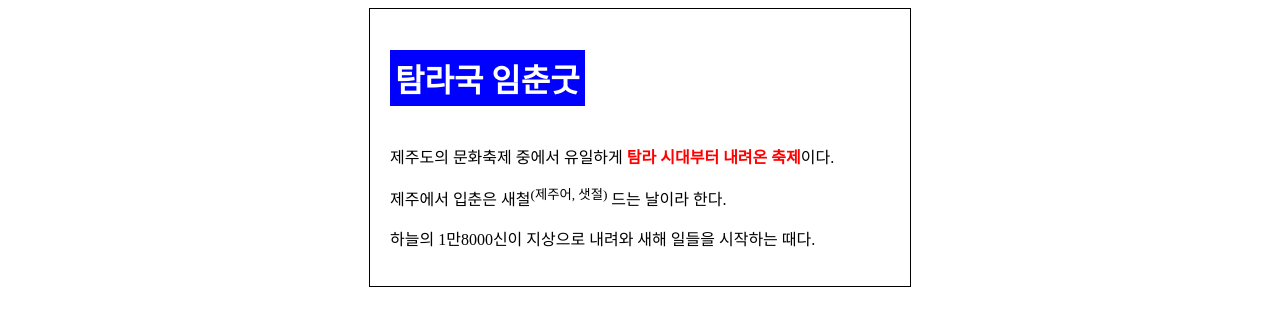
Repository: dudadab/Hhyundaiezwel_Academy
Page: CSS01/src/main/webapp/test2.html
These files come from the project's save history. The page is drawn as it stood at one moment and after the next save; the edit follows.
The browser window is 1280 px wide. The pictures show the whole page.

Above is the page before, as saved 2025-07-02 06:56:54.

### CSS01/src/main/webapp/test2.html
<!DOCTYPE html>
<html>
<head>
<meta charset="UTF-8">
<title>Insert title here</title>
	<style>
		#container{
			width:500px;
			margin:0 auto;
			border: solid 1px #000;
			padding: 20px;
		}
		h1{
			background-color:blue;
			color:white;
			display:inline-block;
			padding:5px;
		}

		span{
			color:red;
			font-weight:bold;
		}

	</style>
</head>
<body>
	<div id="container">
		<h1>탐라국 임춘굿</h1>
		<p>제주도의 문화축제 중에서 유일하게 <span>탐라 시대부터 내려온 축제</span>이다.</p>
		<p>제주에서 입춘은 새철<sup>(제주어, 샛절)</sup> 드는 날이라 한다.</p>
		<p>하늘의 1만8000신이 지상으로 내려와 새해 일들을 시작하는 때다.</p>
	</div>
</body>
</html>

After the next save:
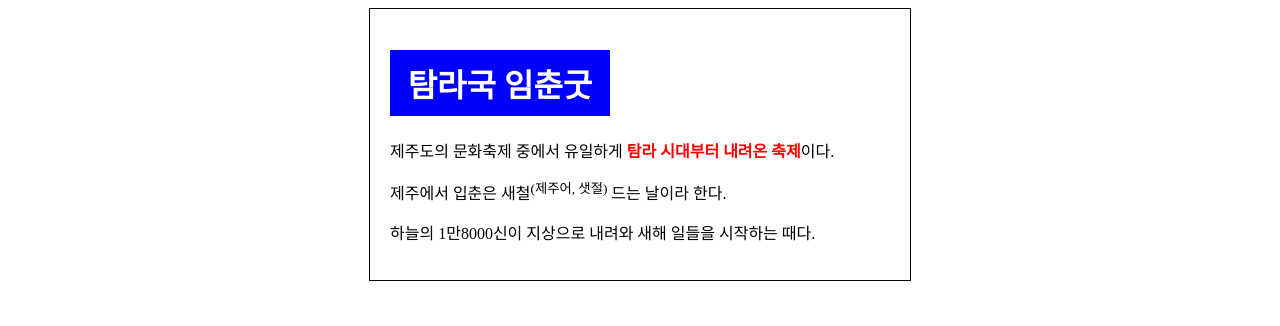
Saved 49 s later.
--- a/CSS01/src/main/webapp/test2.html
+++ b/CSS01/src/main/webapp/test2.html
@@ -13,8 +13,9 @@
 		h1{
 			background-color:blue;
 			color:white;
-			display:inline-block;
-			padding:5px;
+			text-align:center;
+			width:200px;
+			padding:10px;
 		}
 
 		span{
